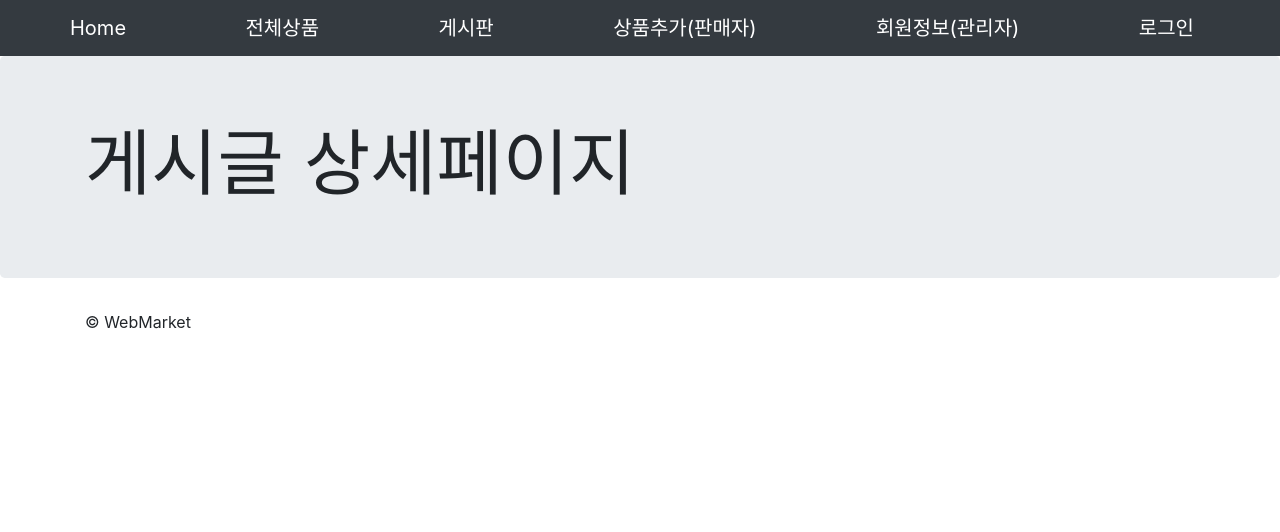
Repository: davisbyun/ai
Page: http://localhost/WebMarket/board/boardDetail.jsp
The author's editor kept a copy of each file at every save. The page is drawn from the files as they stood at one save, then again after the next save.
The browser window is 1280 px wide. The pictures show the whole page.
The page is served by Tomcat 9. Other server files are loaded and not shown.

Above is the page before, as saved 2024-01-30 02:02:02.

### WebMarket/src/main/webapp/board/boardDetail.jsp
<%@ page language="java" contentType="text/html; charset=UTF-8"
    pageEncoding="UTF-8"%>
<!DOCTYPE html>
<html>
<body>
<head>
<meta charset="UTF-8">
<title>boardDetail.jsp 게시글 상세페이지 </title>
<link rel="stylesheet" href="./css/bootstrap.min.css" />
</head>
<body>
  <jsp:include page="../menu.jsp"></jsp:include>
  <div class="jumbotron">
    <div class="container">
        <h1 class="display-3"> 게시글 상세페이지 </h1>
    </div>
  </div>






  <jsp:include page="../footer.jsp"/>

  </body>
  </html>

### WebMarket/src/main/webapp/menu.jsp
<%@ page language="java" contentType="text/html; charset=UTF-8"
    pageEncoding="UTF-8"%>
<!DOCTYPE html>
<html>
<head>
<meta charset="UTF-8">
<title>Insert title here</title>
<link rel="stylesheet" href="https://cdn.jsdelivr.net/npm/bootstrap@4.0.0/dist/css/bootstrap.min.css" integrity="sha384-Gn5384xqQ1aoWXA+058RXPxPg6fy4IWvTNh0E263XmFcJlSAwiGgFAW/dAiS6JXm" crossorigin="anonymous">
</head>
<body>
	 <nav class="navbar navbar-expand navbar-dark bg-dark">
    <div class="container">
        <div class="navbar-header">
            <a class="navbar-brand" href="/WebMarket/welcome.jsp">Home</a>
        </div>
        <div class="navbar-header">
            <a class="navbar-brand" href="/WebMarket/products.jsp">전체상품</a>
        </div>
        <div class="navbar-header">
            <a class="navbar-brand" href="/WebMarket/board/boardList.jsp">게시판</a>
        </div>
        <div class="navbar-header">
            <a class="navbar-brand" href="/WebMarket/addProduct.jsp">상품추가(판매자)</a>
        </div>
        <div class="navbar-header">
             <a class="navbar-brand" href="/WebMarket/member/memberInfo.jsp">회원정보(관리자)</a>
         </div>
         <%
            //세션 가져오기
            String name = (String)session.getAttribute("name");
         	String id = (String )session.getAttribute("id");
         	String loginOk = "로그인";
         	if( name != null ) {
         		loginOk = name + "님 ";
         %>
         <div class="navbar-header">
         	<div class="text-white"> <h5><%=loginOk %> </h5>&nbsp;&nbsp;
             <a class="navbar-brand" href="/WebMarket/member/logOut.jsp"> 로그아웃 </a>
         </div>
         </div>

         <%

         	}else {
         		loginOk = "로그인";
         %>
         <div class="navbar-header">
             <a class="navbar-brand" href="/WebMarket/member/login.jsp"><%= loginOk %></a>
         </div>
         <%
         	}
         %>

     </div>
   </nav>
</body>
</html>

### WebMarket/src/main/webapp/footer.jsp
<%@ page language="java" contentType="text/html; charset=UTF-8"
    pageEncoding="UTF-8"%>
<!DOCTYPE html>
<html>
<head>
<meta charset="UTF-8">
<title>Insert title here</title>
 <link rel="stylesheet" href="https://cdn.jsdelivr.net/npm/bootstrap@4.0.0/dist/css/bootstrap.min.css" integrity="sha384-Gn5384xqQ1aoWXA+058RXPxPg6fy4IWvTNh0E263XmFcJlSAwiGgFAW/dAiS6JXm" crossorigin="anonymous">
</head>
<body>
     <footer class="container">
	    <p>&copy; WebMarket</p>
	 </footer>
</body>
</html>

Loaded but not shown: WebMarket/src/main/webapp/css/bootstrap.min.css (library)

After the next save:
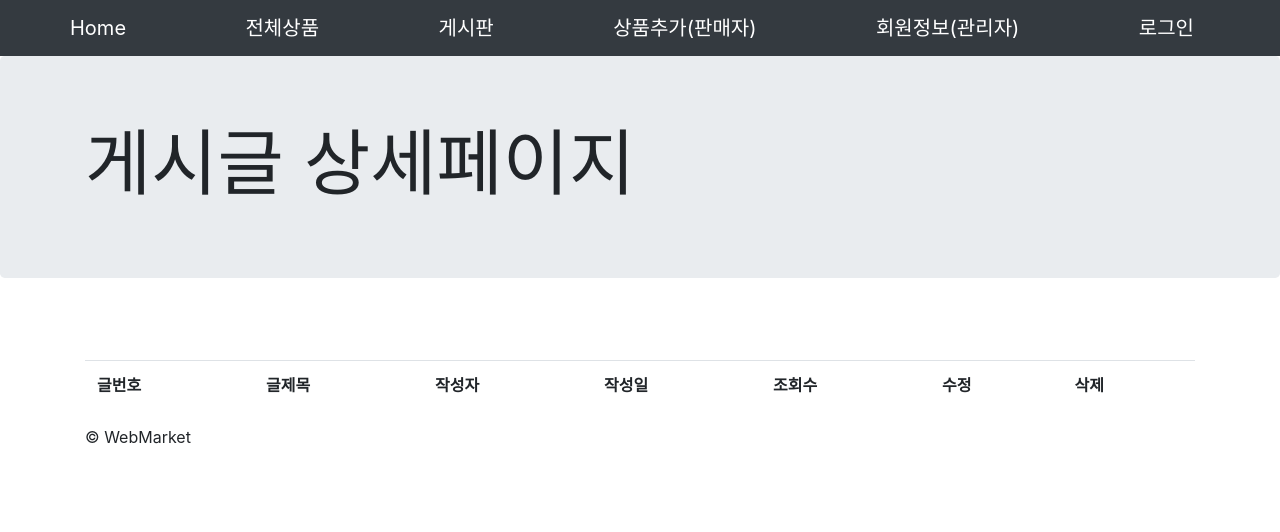
Saved 118 s later.
--- a/WebMarket/src/main/webapp/board/boardDetail.jsp
+++ b/WebMarket/src/main/webapp/board/boardDetail.jsp
@@ -15,8 +15,14 @@
         <h1 class="display-3"> 게시글 상세페이지 </h1>
     </div>
   </div>
+  <div class="container">
 
-
+    <div style="padding-top: 50px">
+	 <table class="table table-hover">
+    	<tr><th>글번호</th> <th>글제목</th> <th>작성자</th> <th>작성일</th> <th>조회수</th> <th>수정</th> <th>삭제</th></tr>
+     </table>
+    </div>
+  </div>
 
 
 

After the save that followed:
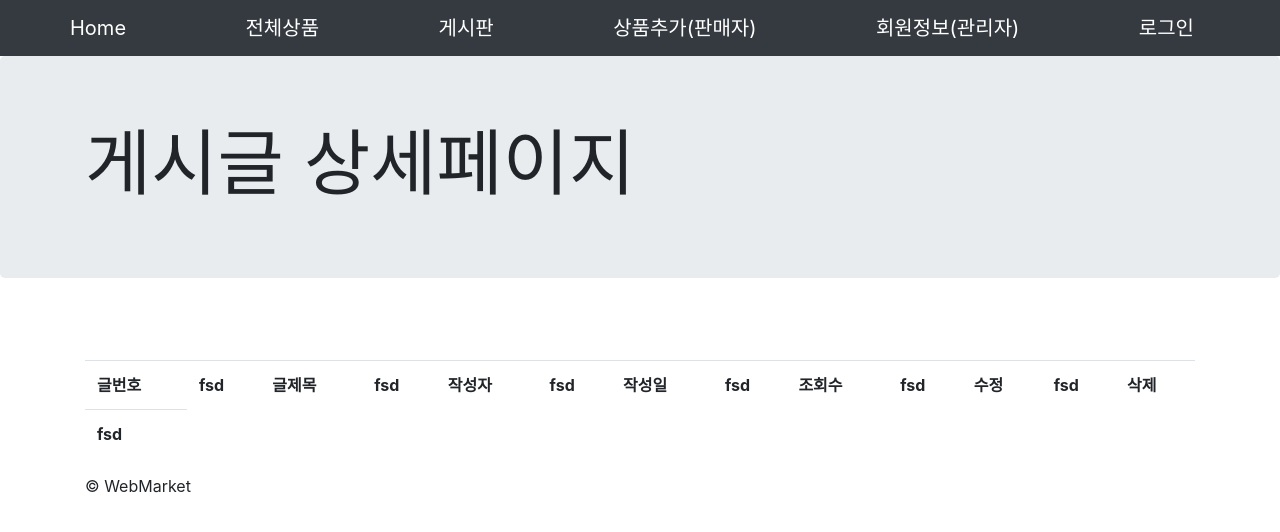
Saved 7 min 44 s later.
--- a/WebMarket/src/main/webapp/board/boardDetail.jsp
+++ b/WebMarket/src/main/webapp/board/boardDetail.jsp
@@ -15,11 +15,31 @@
         <h1 class="display-3"> 게시글 상세페이지 </h1>
     </div>
   </div>
+  <%
+
+  	request.setCharacterEncoding("utf-8");
+    //num=1&title=가입인사content=잘%20부탁합니다&writer=홍길동®_date=2024-01-30&count1
+    String num = request.getParameter("num");
+    String title = request.getParameter("title");
+    String content = request.getParameter("contnet");
+    String writer = request.getParameter("writer");
+
+
+  %>
+
+
   <div class="container">
 
     <div style="padding-top: 50px">
 	 <table class="table table-hover">
-    	<tr><th>글번호</th> <th>글제목</th> <th>작성자</th> <th>작성일</th> <th>조회수</th> <th>수정</th> <th>삭제</th></tr>
+    	<tr>
+    	<th>글번호</th> <th> fsd </th>
+    	<th>글제목</th> <th> fsd </th>
+    	<th>작성자</th> <th> fsd </th>
+    	<th>작성일</th> <th> fsd </th>
+    	<th>조회수</th> <th> fsd </th>
+    	<th>수정</th> <th> fsd </th>
+    	<th>삭제</th></tr>  <th> fsd </th>
      </table>
     </div>
   </div>
